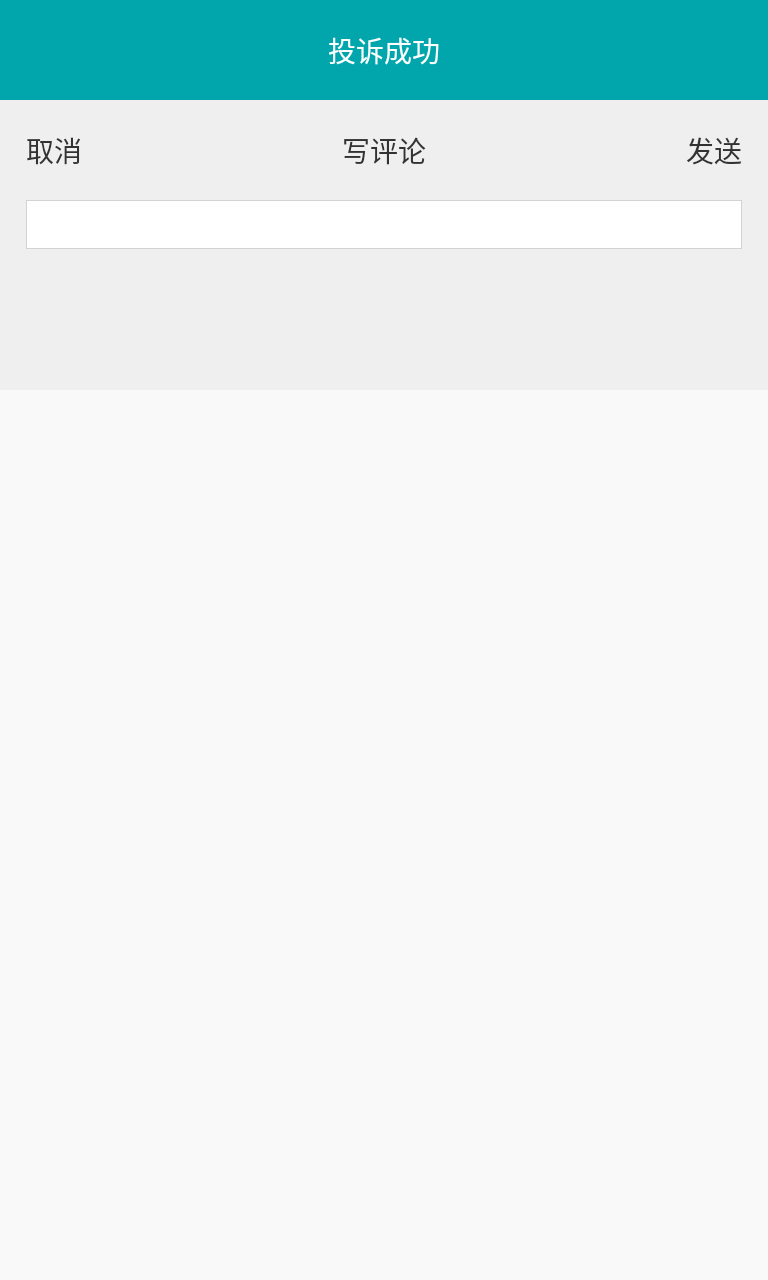
Repository: 2015-Forever/JWD
Layout: Jwd/res/layout/activity_complaint.xml
The author's editor kept a copy of each file at every save. The layout is drawn from the files as they stood at one save, then again after the next save.
It is drawn on a 768 x 1280 px phone screen (xhdpi) without system bars, with theme AppTheme; the app's code is not run.

Above is the layout before, as saved 2015-07-16 07:28:30.

After the next save:
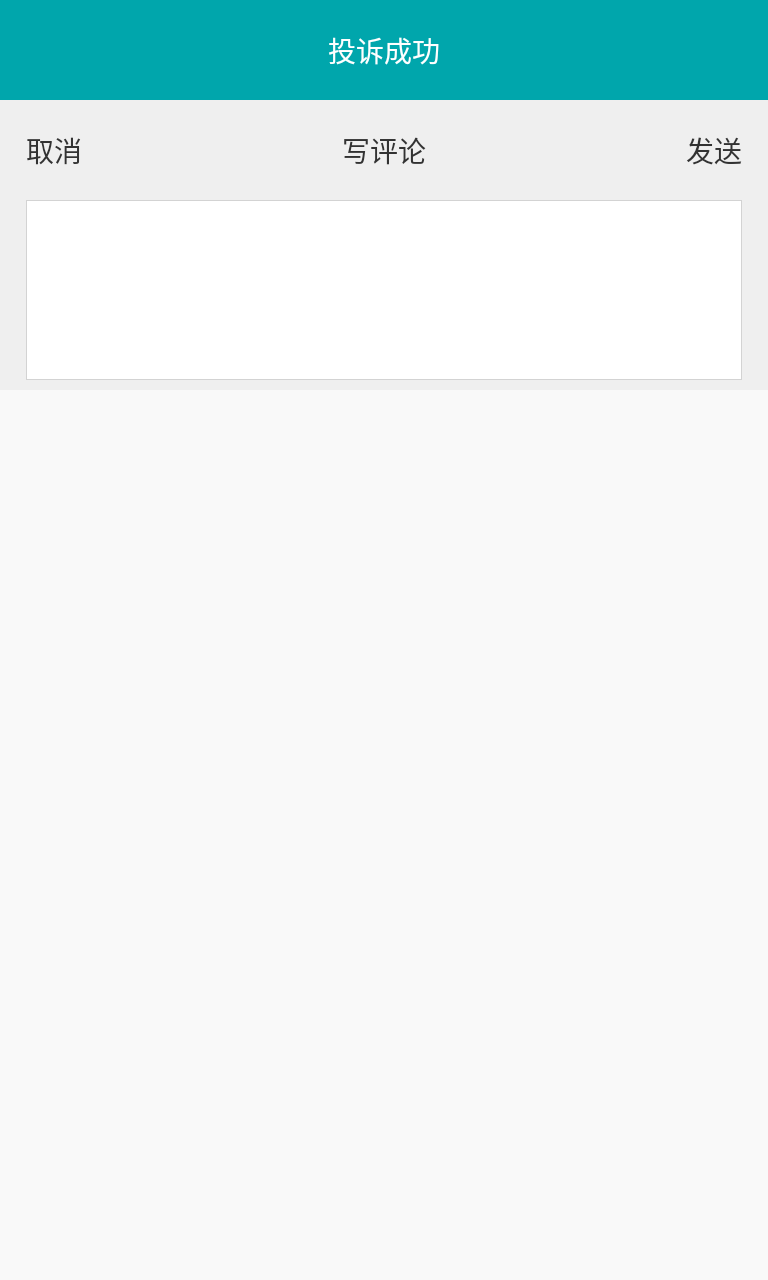
Saved 10 s later.
--- a/Jwd/res/layout/activity_complaint.xml
+++ b/Jwd/res/layout/activity_complaint.xml
@@ -52,7 +52,7 @@
 
         <EditText
             android:layout_width="match_parent"
-            android:layout_height="wrap_content"
+            android:layout_height="90dp"
             android:background="@drawable/edittext_bg" />
     </LinearLayout>
 
